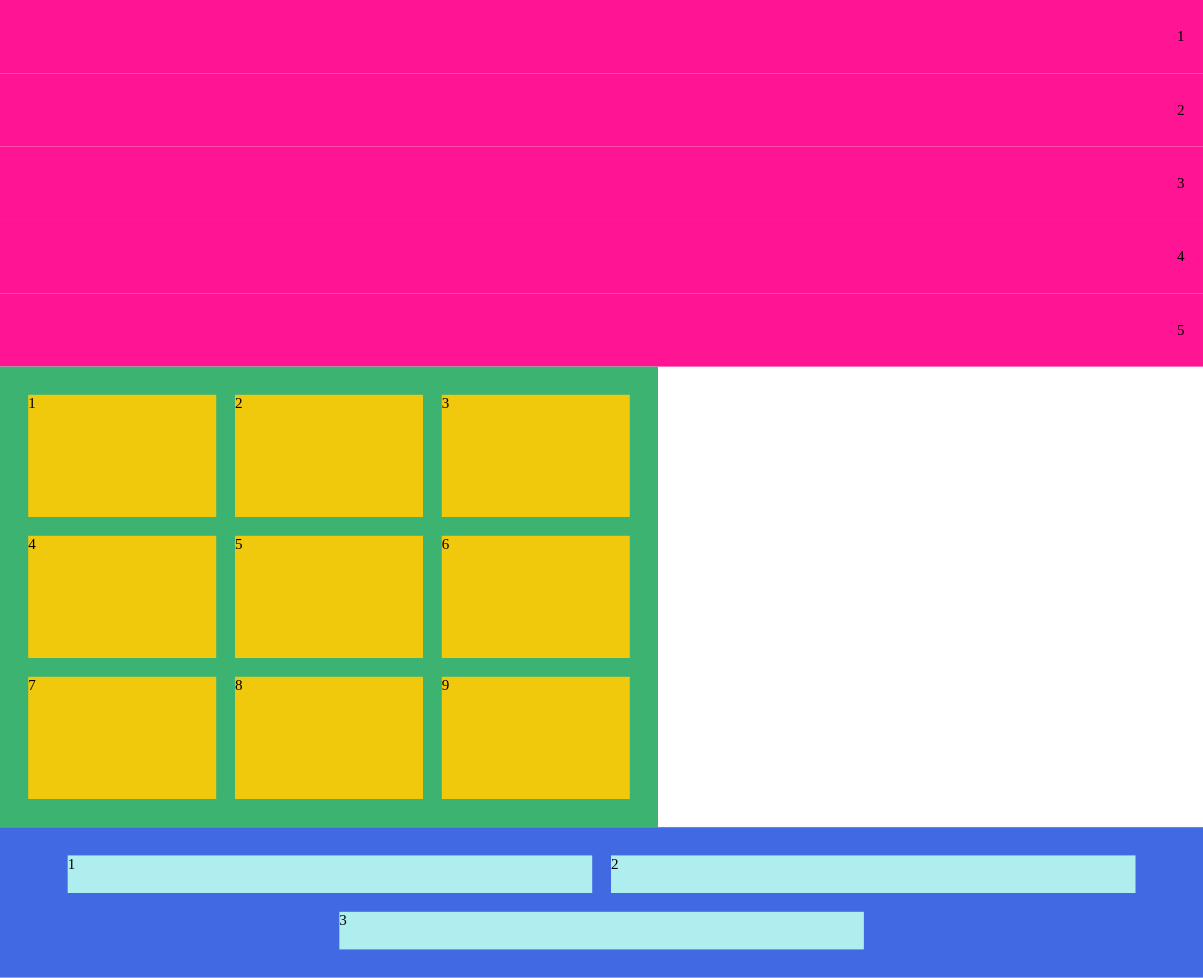
Repository: TsuKou/MainContents
Page: flex1/flex1.html
The author's editor kept a record of every edit. The page is drawn from the files as they stood at one moment, then again after the next edit.
The browser window is 1280 px wide. The pictures show the whole page, at 94% of full size.

Above is the page before.

After the next edit:
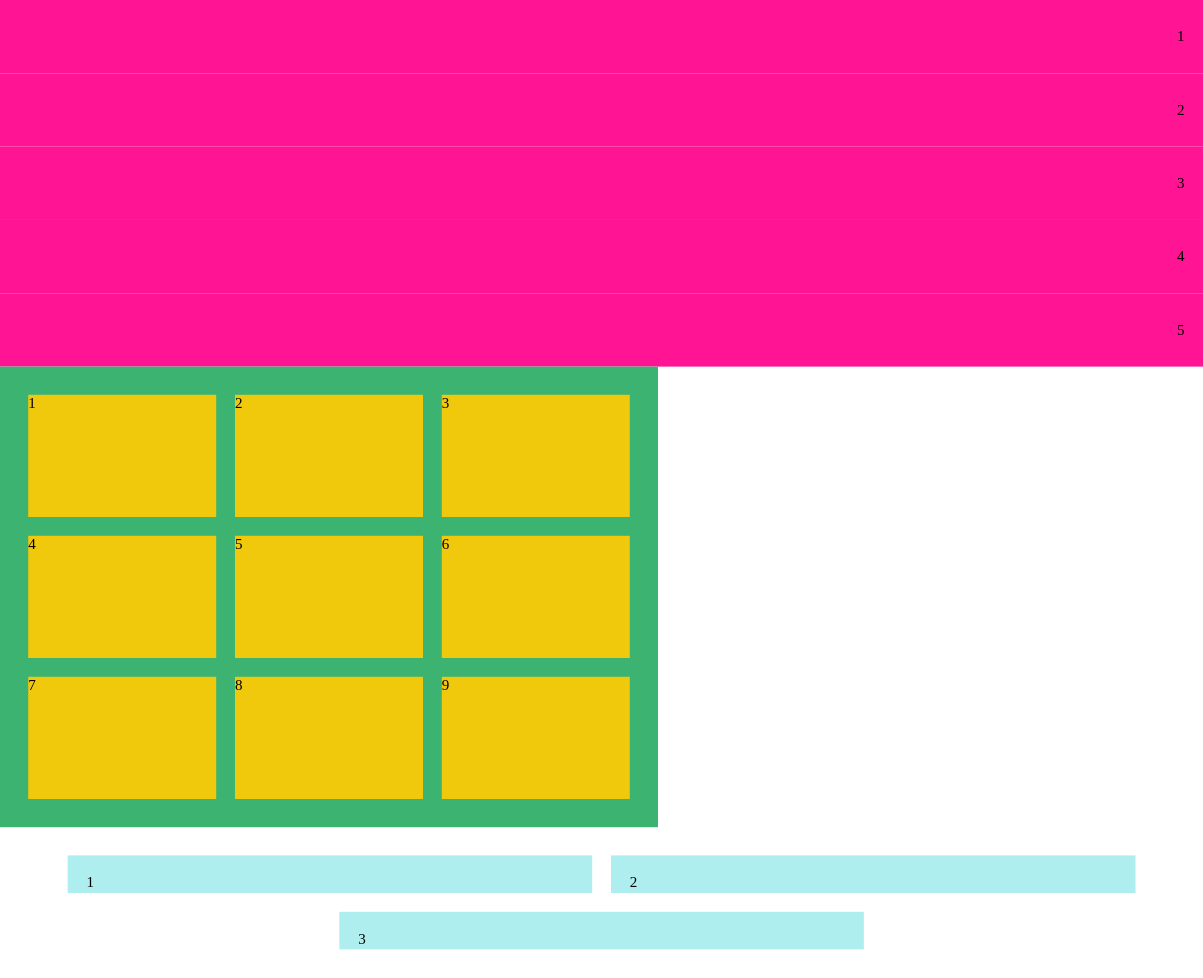
The edit:
--- a/flex1/flex1.css
+++ b/flex1/flex1.css
@@ -51,9 +51,9 @@
   margin: 10px;
 }
 
-footer {
-  width: 100%;
+.f-box {
   background-color: #4169e1;
+  padding: 20px;
 }
 
 .f-box-g {
